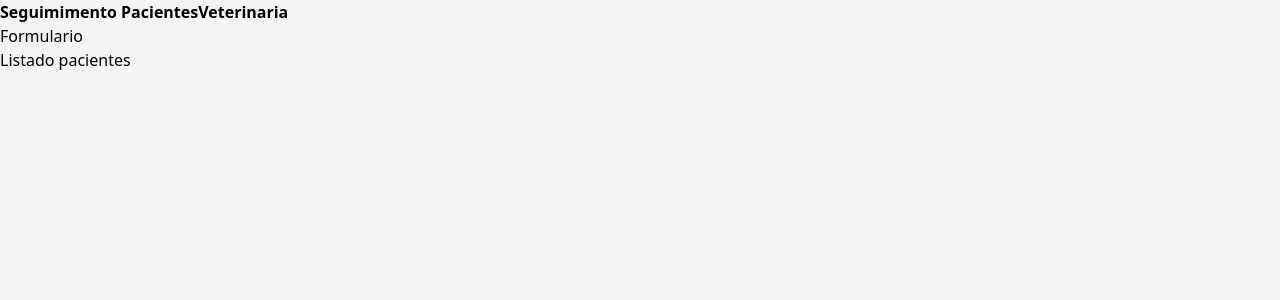
Repository: rlaureano/citas_react
Page: /
An editor plug-in stored every save of this project. The page is shown before and after the next save, followed by the edit.
The browser window is 1280 px wide. The pictures show the whole page.
The project was rebuilt for these pictures with package versions that can differ from the ones it lists, and the page was loaded fresh each time. Also part of the build but not shown: vite.config.js.

Above is the page before, as saved 2022-01-11 21:33:31.

After the next save:
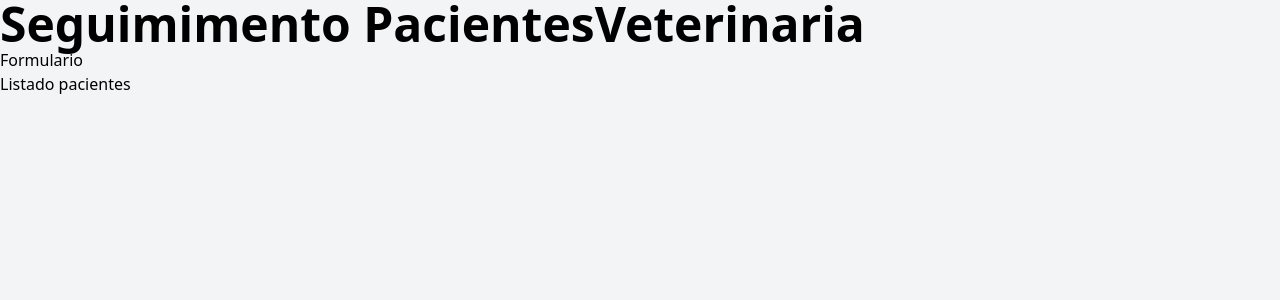
Saved 21 s later.
--- a/src/components/Header.jsx
+++ b/src/components/Header.jsx
@@ -1,7 +1,7 @@
 function Header() {
   return (
 
-      <h1 className="font-black">Seguimimento Pacientes
+      <h1 className="font-black text-5xl">Seguimimento Pacientes
         <span>Veterinaria</span>
       </h1>
 
